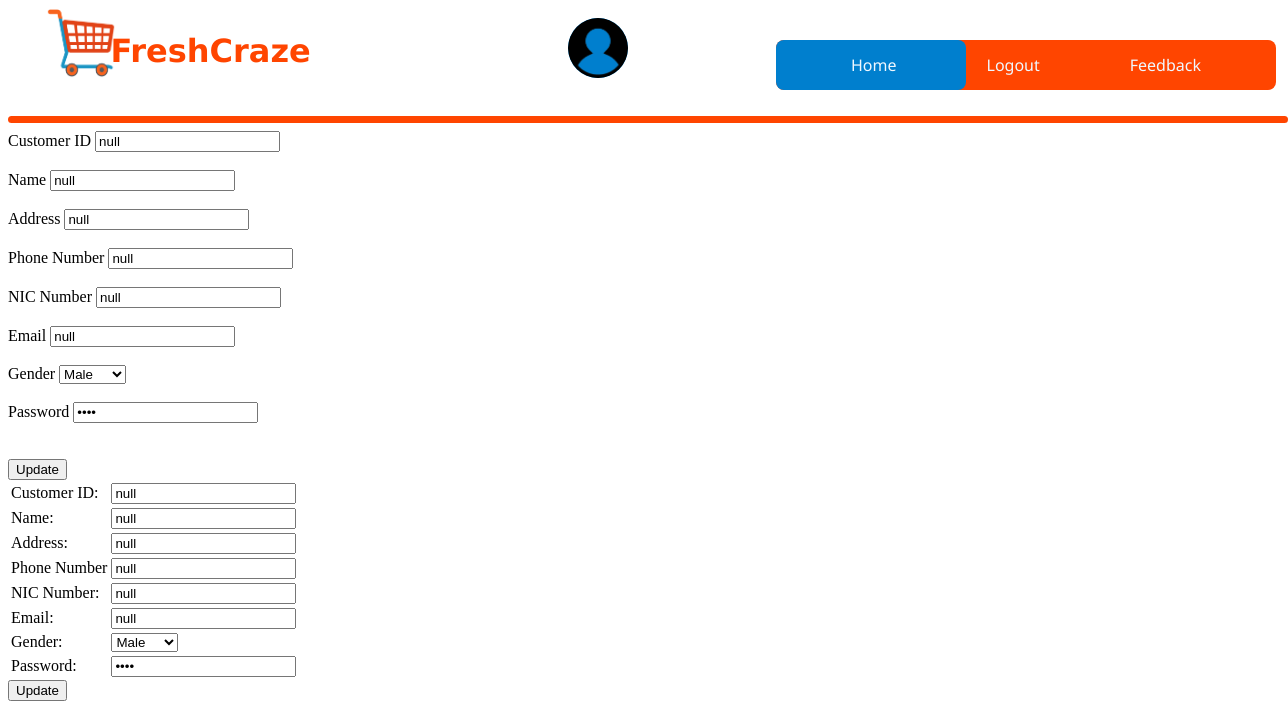
Repository: chamarac2002/FreshCraze
Page: http://localhost/CustomerDemo/updatecustomer.jsp
These files come from the project's save history. The page is drawn as it stood at one moment and after the next save; the edit follows.
The browser window is 1280 px wide. The page is 1288 px wide, so the pictures cover 1288 px, including what lies to the right of the window. The pictures show the whole page.
The page is served by Tomcat 9. Nobody is signed in. The application's start-up code is not run. Other server files are loaded and not shown.

Above is the page before, as saved 2024-05-11 07:21:24.

### CustomerDemo/src/main/webapp/updatecustomer.jsp
<%@ page language="java" contentType="text/html; charset=ISO-8859-1"
    pageEncoding="ISO-8859-1"%>
<!DOCTYPE html>

<html lang="en">
<head>
    <meta charset="UTF-8">
    <meta name="viewport" content="width=device-width, initial-scale=1.0">
    <title>Home Page</title>

    <link rel="stylesheet" href="Styles/updateStyle.css">
</head>

<body>

<img src="images\logo.png" class="logo" >

<a href="profile.jsp">
<img src="images\user.png" class="user">
</a>

    <h1 class="logo_topic">FreshCraze</h1>

    <nav class="navbar">
        <a href="HomePageAL.jsp">Home</a>
        <a href="HomePage.jsp">Logout</a>
        <a href="link">Feedback</a>
        <span></span>
    </nav>

<hr class="topic_line">











	<%
		String id = request.getParameter("id");
		String name = request.getParameter("name");
		String address = request.getParameter("address");
		String phone = request.getParameter("phone");
		String nic = request.getParameter("nic");
		String email = request.getParameter("email");
		String gender = request.getParameter("gender");
		String password = request.getParameter("pass");
	%>

	<form action="update" method="post">
		Customer ID <input type="text" name="id" value="<%= id %>" readonly><br><br>
		Name <input type="text" name="name" value="<%= name %>"><br><br>
		Address <input type="text" name="address" value="<%= address %>"><br><br>
		Phone Number <input type="tel" name="phone" value="<%= phone %>"><br><br>
		NIC Number <input type="text" name="nic" value="<%= nic %>"><br><br>
		Email <input type="email" name="email" value="<%= email %>"><br><br>
		Gender <select name = "gender" >
					<option value = "Male">Male</option>
					<option value = "Female">Female</option>
					<option value = "Other">Other</option>
				</select><br><br>
		Password <input type="password" name="pass" value="<%= password %>"><br><br><br>

		<input type="submit" name="submit" value="Update">
	</form>




<form>
	<table class = "table">


   		<tbody>
        <tr>
			<td>Customer ID:</td>
			<td><input type="text" name="id" value="<%= id %>" readonly></td>
		</tr>
		<tr class="active-row">
			<td>Name:</td>
			<td><input type="text" name="name" value="<%= name %>"></td>
		</tr>
		<tr>
			<td>Address:</td>
			<td><input type="text" name="address" value="<%= address %>"></td>
		</tr>
		<tr class="active-row">
			<td>Phone Number</td>
			<td><input type="tel" name="phone" value="<%= phone %>"></td>
		</tr>
		<tr>
			<td>NIC Number:</td>
			<td><input type="text" name="nic" value="<%= nic %>"></td>
		</tr>
		<tr class="active-row">
			<td>Email:</td>
			<td><input type="email" name="email" value="<%= email %>"></td>
		</tr>
		<tr>
			<td>Gender:</td>
			<td><select name = "gender" >
					<option value = "Male">Male</option>
					<option value = "Female">Female</option>
					<option value = "Other">Other</option>
				</select></td>
		</tr>
		<tr class="active-row">
			<td>Password:</td>
			<td><input type="password" name="pass" value="<%= password %>"></td>
		</tr>
    </tbody>
	</table>
	<input type="submit" name="submit" value="Update">
</form>



</body>
</html>

### CustomerDemo/src/main/webapp/Styles/updateStyle.css
body{
    background-color: #ffffff;
    background-repeat: no-repeat;
    background-attachment: fixed;
    background-position: center;
    width: 100%;
}

.logo{
    width: 70px;
    height: 70px;
    margin-left: 3%;
}

.user{
    width: 60px;
    height: 60px;
    margin-left: 35%;
    background-color: rgb(0, 127, 206);
    border-radius: 30px;
}

.logo_topic{
    font-family: verdana;
    margin-left: 8%;
    margin-top: -3.9%;
    color: orangered;
}

.navbar{
    margin-left:60%;
    margin-top:-4%;
    padding: 0;
    box-sizing: border-box;
    font-family: 'Segoe UI';
    display: flex;
    justify-content:center;
    align-items: center;
    min-height: 5vh;

    position:relative;
    background-color: orangered;
    border-radius: 8px;
    width: 500px;
    height: 50px;
    display: flex;
}

nav a{
    position: relative;
    display: inline-block;
    font-size: 1em;
    font-weight: 500;
    color: aliceblue;
    text-decoration: none;
    padding: 45px;
    z-index: 1;
}

nav span{
    position: absolute;
    top: 0;
    left: 0;
    width: 190px;
    height: 100%;
    background-color:rgb(0, 127, 206);
    border-radius: 8px;
    transition: .3s;
}

nav a:nth-child(1):hover~span{
    left: 0;
    width: 180px;
}

nav a:nth-child(2):hover~span{
    left: 180px;
    width: 130px;
}

nav a:nth-child(3):hover~span{
    left:320px;
    width: 180px;
}

.topic_line{
    border: none;
    margin-top: 2%;
    border-top: 7px solid orangered;
    border-radius: 10px;
}

.help_button{
    box-shadow:0 0 15px rgb(0, 127, 206),0 0 25px rgb(0, 127, 206);
    border: none;
    width: 160px;
    margin-left: 44%;
    font-family: 'Segoe UI';
    padding: 10px 12px;
    color: #ffffff;
    background-color:rgb(0, 127, 206);
    border-radius: 20px;
}

.help_button:hover{
    box-shadow: 0 0 25px rgb(0, 127, 206);
}

.fb_icon{
    margin-left: 560px;
    margin-top: 20px;
}

.insta_icon{
    margin-left: 660px;
    margin-top: -51px;
}

.yt_icon{
    margin-left: 760px;
    margin-top: -51px;
}

.twitt_icon{
    margin-left: 860px;
    margin-top: -51px;
}

.footer{
    height: 200px;
    background-color: orangered;
    padding-top: 40px;
    padding-left: 25px;
    border-radius: 10px;
}

.footer_line{
    border: none;
    margin-top: 3%;
    border-top: 7px solid orangered;
    border-radius: 10px;
}

.contacts{
    font-size: 8px;
    color:rgb(255, 255, 255);
    font-family: 'Segoe UI';
    margin-left: 40%;
    margin-top: -5%;
}

.link{
    font-size: 20px ;
    margin-top: -6%;
    margin-left: 7.5%;
}

After the next save:
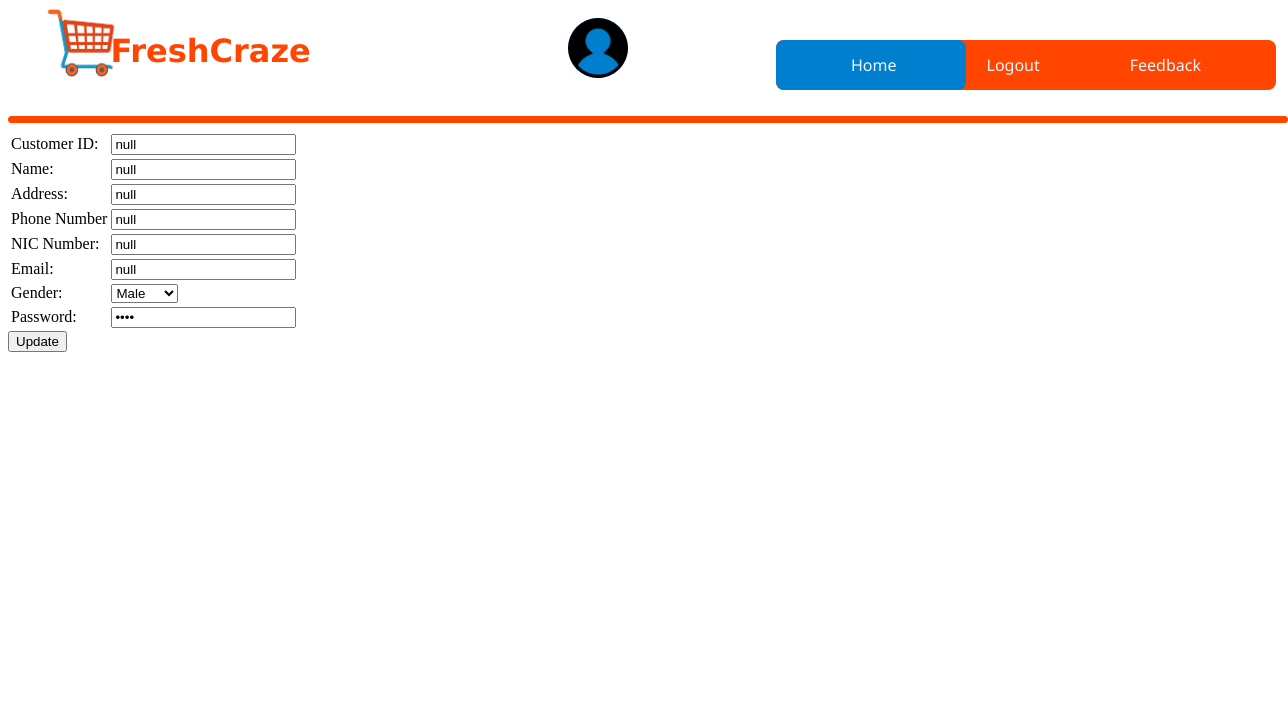
Saved 38 s later.
--- a/CustomerDemo/src/main/webapp/updatecustomer.jsp
+++ b/CustomerDemo/src/main/webapp/updatecustomer.jsp
@@ -51,29 +51,8 @@
 		String password = request.getParameter("pass");
 	%>
 
-	<form action="update" method="post">
-		Customer ID <input type="text" name="id" value="<%= id %>" readonly><br><br>
-		Name <input type="text" name="name" value="<%= name %>"><br><br>
-		Address <input type="text" name="address" value="<%= address %>"><br><br>
-		Phone Number <input type="tel" name="phone" value="<%= phone %>"><br><br>
-		NIC Number <input type="text" name="nic" value="<%= nic %>"><br><br>
-		Email <input type="email" name="email" value="<%= email %>"><br><br>
-		Gender <select name = "gender" >
-					<option value = "Male">Male</option>
-					<option value = "Female">Female</option>
-					<option value = "Other">Other</option>
-				</select><br><br>
-		Password <input type="password" name="pass" value="<%= password %>"><br><br><br>
-
-		<input type="submit" name="submit" value="Update">
-	</form>
-
-
-
-
-<form>
+<form action="update" method="post">
 	<table class = "table">
-
 
    		<tbody>
         <tr>
